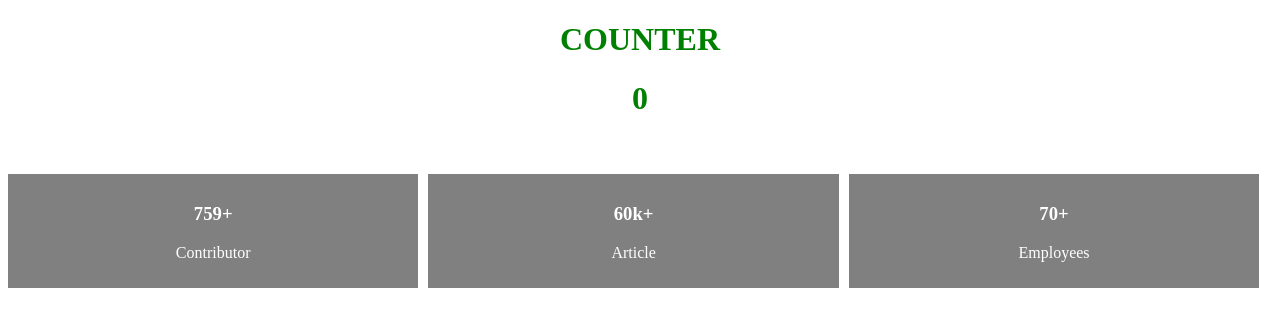
Repository: Seryozha02/Calculator
Page: calculator.html
These files come from the project's save history. The page is drawn as it stood at one moment and after the next save; the edit follows.
The browser window is 1280 px wide. The pictures show the whole page.

Above is the page before, as saved 2022-02-14 16:54:48.

### calculator.html
<!DOCTYPE html>
<html lang="en">

<head>
    <meta charset="UTF-8">
    <meta http-equiv="X-UA-Compatible" content="IE=edge">
    <meta name="viewport" content="width=4, initial-scale=1.0">
    <link rel="stylesheet" href="./calculator.css">
    <title>Calculator</title>
</head>

<body>
    <h1>COUNTER</h1>
    <strong><h1>0</h1></strong>
    <br><br>
    <div class="row">
        <div class="column">
            <div class="card">


                <p><i class="fa fa-user"></i></p>


                <h3>759+</h3>


                <p>Contributor</p>


            </div>
        </div>
        <div class="column">
            <div class="card">


                <p><i class="fa fa-book"></i></p>


                <h3>60k+</h3>


                <p>Article</p>


            </div>
        </div>
        <div class="column">
            <div class="card">
                <p><i class="fa fa-smile-o"></i></p>


                <h3>70+</h3>


                <p>Employees</p>


            </div>
        </div>
    </div>
</body>
<script src="./calculator.js"></script>
</body>

</html>

### calculator.css
h1 {
    color: green;
}

* {
    box-sizing: border-box;
}

body {
    text-align: center;
}

/* Float columns */
.column {
    float: left;
    width: 33%;
    padding: 0 5px;
}

.row {
    margin: 0 -5px;
}

.row:after {
    content: "";
    display: table;
}

/* Style the cards */
.card {
    padding: 10px;
    text-align: center;
    background-color: gray;
    color: white;
    }

.card:hover {
    transform: scale(1.1);
    background-color: black;
    transition-duration: 2s;
    color: white;
}

.fa {
    font-size: 50px;
}

Loaded but not shown: calculator.js (no copy from this time; the picture is the same without it)

After the next save:
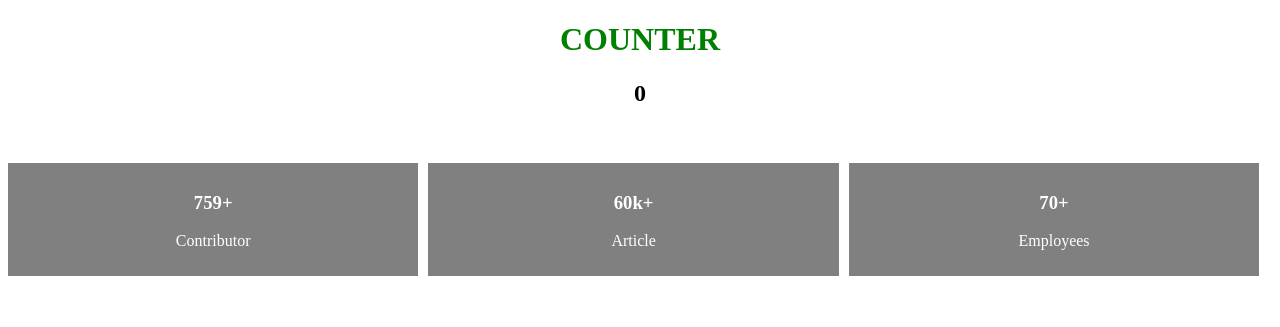
Saved 13 s later.
--- a/calculator.html
+++ b/calculator.html
@@ -11,7 +11,7 @@
 
 <body>
     <h1>COUNTER</h1>
-    <strong><h1>0</h1></strong>
+    <strong><h2>0</h1></strong>
     <br><br>
     <div class="row">
         <div class="column">
